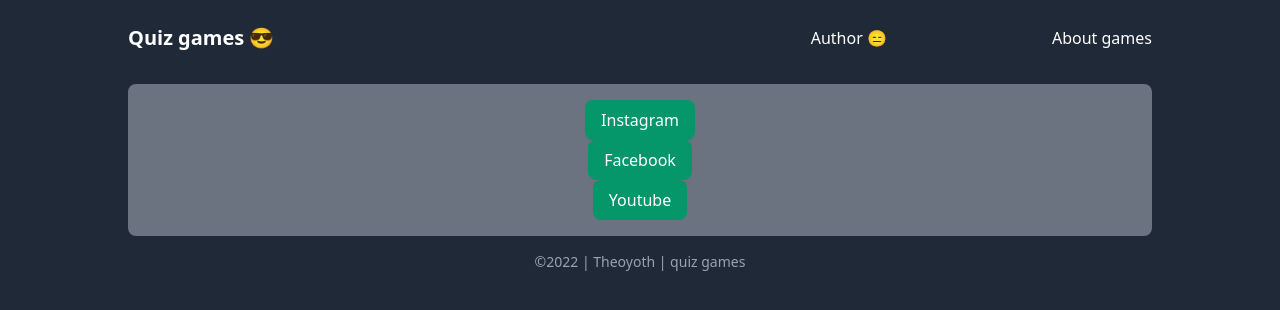
Repository: theoyoth/quiz-game
Page: /author
These files come from the project's save history. The page is drawn as it stood at one moment and after the next save; the edit follows.
The browser window is 1280 px wide. The pictures show the whole page.
The project was rebuilt for these pictures with package versions that can differ from the ones it lists, and the page was loaded fresh each time. The framework's server and built-in components were replaced by stand-ins that run in the browser. Also part of the build but not shown: nuxt.config.js, components/EndPage.vue, components/Loading.vue, layouts/404.vue, layouts/error.vue, layouts/errorLayout.vue.

Above is the page before, as saved 2022-06-16 20:10:16.

After the next save:
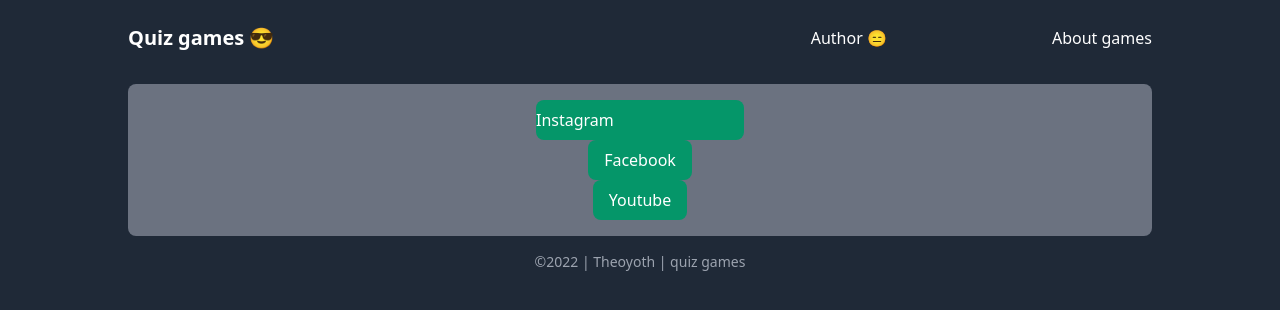
Saved 31 s later.
--- a/pages/author.vue
+++ b/pages/author.vue
@@ -1,7 +1,7 @@
 <template>
   <div>
     <div class="bg-gray-500 rounded-lg py-4 flex flex-col items-center justify-around mt-8">
-      <a href="https://www.instagram.com/theoyoth/" target="_blank" class="bg-green-600 py-2 px-4 rounded-lg">
+      <a href="https://www.instagram.com/theoyoth/" target="_blank" class="bg-green-600 py-2 w-52 rounded-lg">
         <button>Instagram</button>
       </a>
       <a href="/game" target="_blank" class="bg-green-600 py-2 px-4 rounded-lg">
